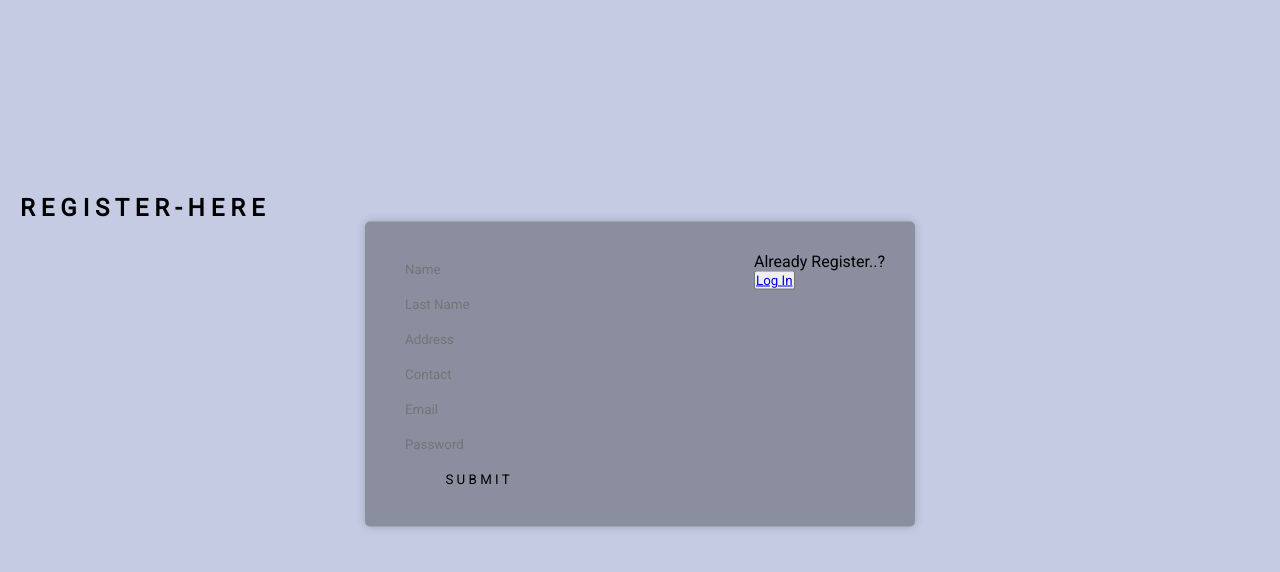
Repository: Krushna26nk/WebApplication
Page: http://localhost/Application/
An editor plug-in stored every save of this project. The page is shown before and after the next save, followed by the edit.
The browser window is 1280 px wide. The pictures show the whole page.
The page is served by Tomcat 9. Other server files are loaded and not shown.

Above is the page before, as saved 2019-05-31 13:32:06.

### web/Application/WebContent/RegisterData.jsp
<%@ page language="java" contentType="text/html; charset=UTF-8"
    pageEncoding="UTF-8"%>
<!DOCTYPE html PUBLIC "-//W3C//DTD HTML 4.01 Transitional//EN" "http://www.w3.org/TR/html4/loose.dtd">
<html>
<head>
<meta http-equiv="Content-Type" content="text/html; charset=UTF-8">
<link rel="stylesheet" type="text/css" href="Style.css">
<title>Insert title here</title>
</head>
<body bg="blur.jpg">
<div class="regDiv">
	<h2> R E G I S T E R - H E R E </h2>
<div class="formDiv">
	<form class="form" action="Registration" style="align:middle;">
				 <div class="inputFields">

					  	<input type="text" class="input" id="firstName" placeholder="Name" name="uname">

				 	  	<input type="text" class="input" id="lastName" placeholder="Last Name" name="lname">

				  	   	<input type="text" class="input" id="userAddress" placeholder="Address" name="address">

				  		<input type="number" class="input" id="contactNo" placeholder="Contact" name="contact">

				  		<input type="email" class="input" id="emailId" placeholder="Email" name="email">

				  		<input type="password" class="input" id="userPassword" placeholder="Password" name="pass">


		 				<input type="submit" class="input" value="S U B M I T">
		 </div>
	</form>
	<div class="alreadyDiv">
		<p class="para"> Already Register..?  </p>
		<button class="button" type="button"><a href="Login.jsp"> Log In </a></button>
	</div>
</div>

</div>


<script type="text/javascript">
	var userFName = document.getElementById("firstName");
	var userLName = document.getElementById("lastName");
	var userAddr = document.getElementById("userAddress");
	var contct = document.getElementById("contactNo");
	var emailId = document.getElementById("emailId");
	var userPass = document.getElementById("userPassword");
</script>


</body>
</html>

### web/Application/WebContent/Style.css
@CHARSET "UTF-8";
@import url('https://fonts.googleapis.com/css?family=Roboto');
*{
	margin:0;
	padding:0;
	box-sizing: border-box;
	outline:none;
	font-family: 'Roboto', sans-serif;
}
body{
	background-color:#C5CBE3;
}

.regDiv{
	position:absolute;
	top:50%;
	transform:translateY(-50%);
	width:100%;
	padding:0px 20px;

}
.formDiv{
	max-width:550px;
	margin:0 auto;
	background:rgba(0,0,0,0.3);
	padding:30px;
	border-radius:5px;
	display:flex;
	justify-content:space-between;
	box-shadow: 0 0 10px rgba(0,0,0,0.2);
}

.inputFields{
	display:flex;
	flex-direction:column;
	margin-right:4%;
}

.alreadyDiv .para .button,
.inputFields .input{
	margin:10px;
	background:transparent;
	border:0px;
}

After the next save:
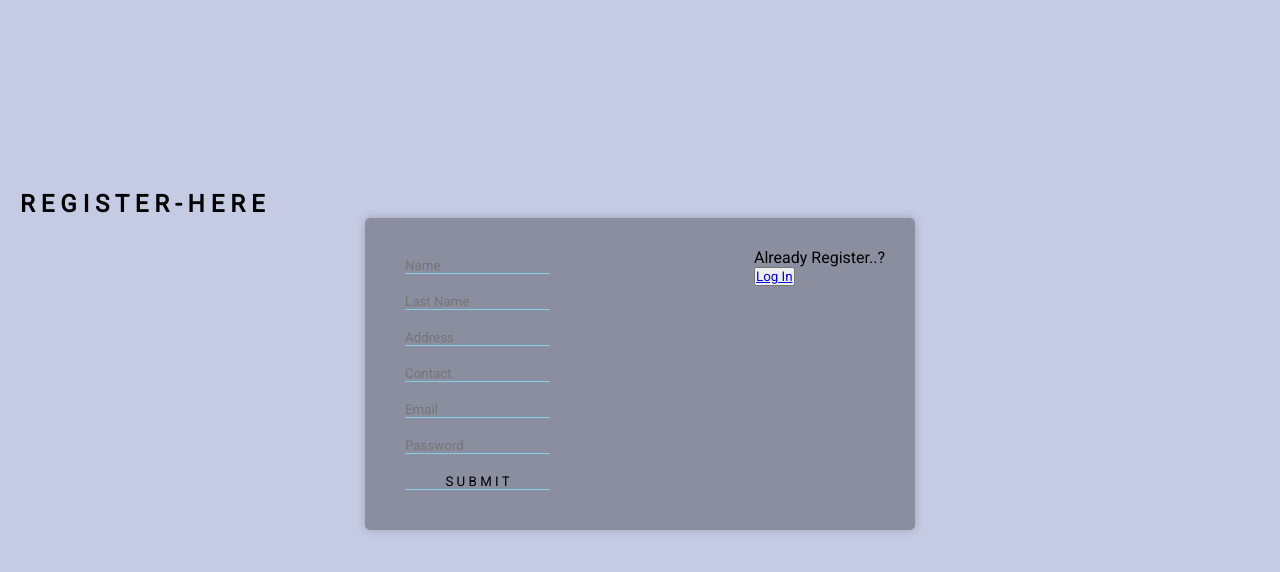
Saved 63 s later.
--- a/web/Application/WebContent/Style.css
+++ b/web/Application/WebContent/Style.css
@@ -41,4 +41,5 @@ body{
 	margin:10px;
 	background:transparent;
 	border:0px;
+	border-bottom: 1px solid skyblue;
 }
